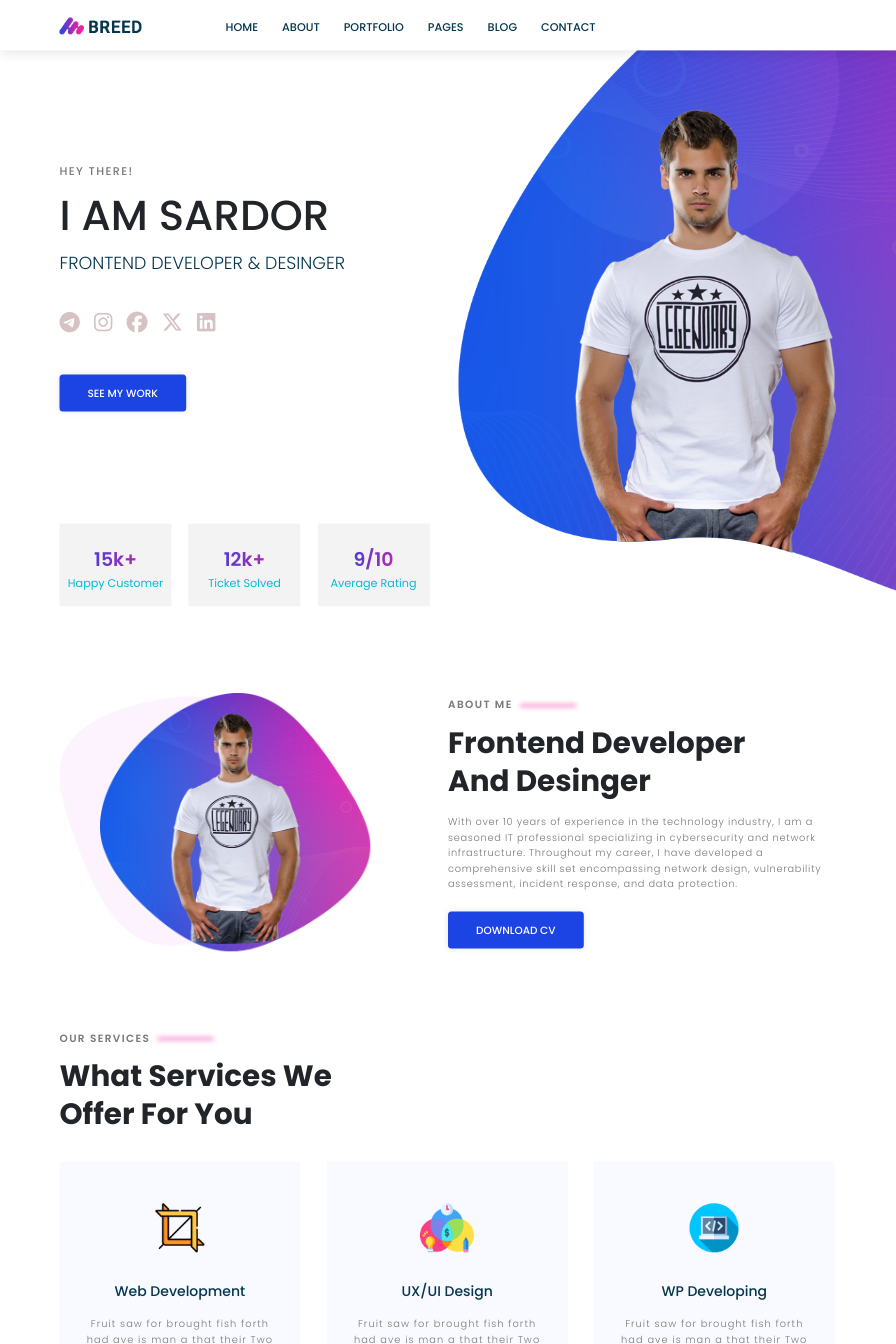
Repository: whoami2991/Sardorbek-Portfolio---Home
Page: index.html
An editor plug-in stored every save of this project. The page is shown before and after the next save, followed by the edit.
The browser window is 1280 px wide. The pictures show the part of the page from y = 0 to 1920 px (the page is 6022 px tall), at 70% of full size.

Above is the page before, as saved 2024-08-04 22:33:27.

After the next save:
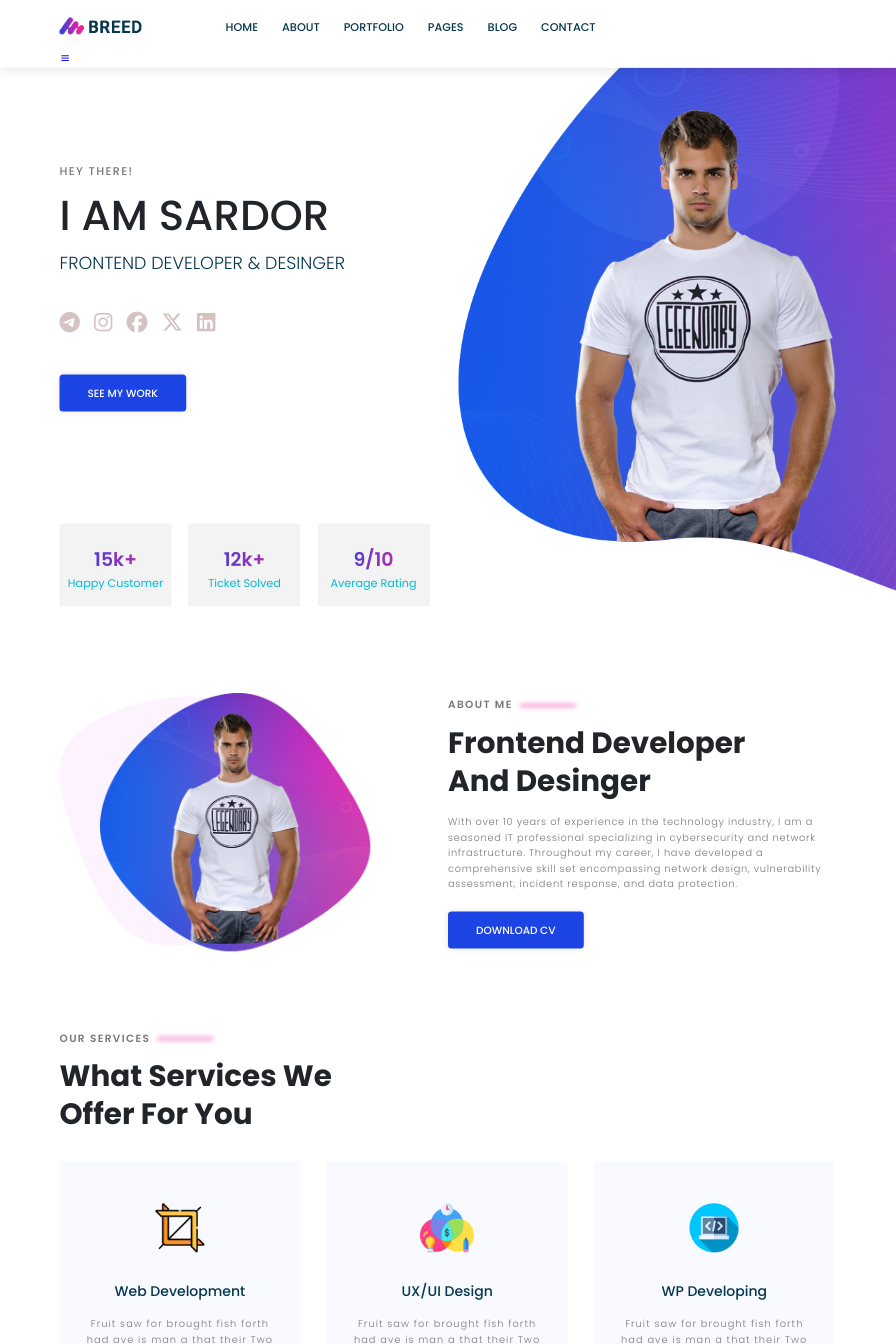
Saved 10 s later.
--- a/index.html
+++ b/index.html
@@ -42,7 +42,7 @@
                 </ul>
             </nav>
             <div class="menu">
-                <a href="#"></a>
+                <a href="#"><i class='bx bx-menu'></i></a>
             </div>
         </div>
     </header>
